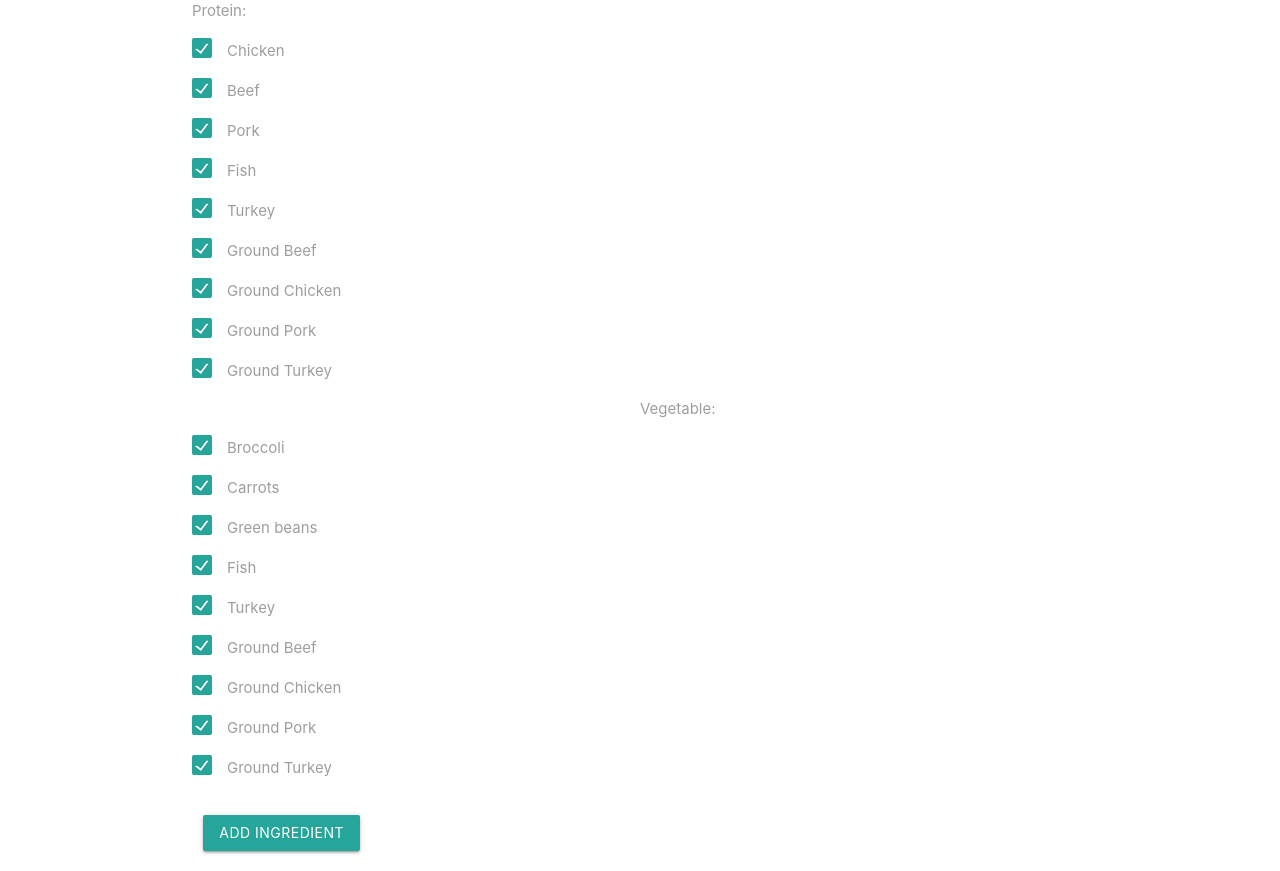
Repository: Aaron-R-Carter/Project1
Page: prototype.html
These files come from the project's save history. The page is drawn as it stood at one moment and after the next save; the edit follows.
The browser window is 1280 px wide. The pictures show the whole page.

Above is the page before, as saved 2019-10-31 23:33:44.
Console error: SyntaxError: Unexpected token '<'

### prototype.html
<!DOCTYPE html>
<html>

<head>
    <!--Import Google Icon Font-->
    <link href="https://fonts.googleapis.com/icon?family=Material+Icons" rel="stylesheet">
    <!--Import materialize.css-->
    <link rel="stylesheet" href="https://cdnjs.cloudflare.com/ajax/libs/materialize/1.0.0/css/materialize.min.css">
    <link rel="stylesheet" href="./prototype.css">
    <!--Let browser know website is optimized for mobile-->
    <meta name="viewport" content="width=device-width, initial-scale=1.0" />

</head>

<body>

    <div class="container">
        <div id="check-box" class="row">
            <div class="protein-col m3">

                <form action="#">
                    <label type="text" class="label">Protein:</label>
                    <p>
                        <label>
                            <input type="checkbox" class="filled-in" checked="checked" />
                            <span>Chicken</span>
                        </label>
                    </p>
                    <p>
                        <label>
                            <input type="checkbox" class="filled-in" checked="checked" />
                            <span>Beef</span>
                        </label>
                    </p>
                    <p>
                        <label>
                            <input type="checkbox" class="filled-in" checked="checked" />
                            <span>Pork</span>
                        </label>
                    </p>
                    <p>
                        <label>
                            <input type="checkbox" class="filled-in" checked="checked" />
                            <span>Fish</span>
                        </label>
                    </p>
                    <p>
                        <label>
                            <input type="checkbox" class="filled-in" checked="checked" />
                            <span>Turkey</span>
                        </label>
                    </p>
                    <p>
                        <label>
                            <input type="checkbox" class="filled-in" checked="checked" />
                            <span>Ground Beef</span>
                        </label>
                    </p>
                    <p>
                        <label>
                            <input type="checkbox" class="filled-in" checked="checked" />
                            <span>Ground Chicken</span>
                        </label>
                    </p>
                    <p>
                        <label>
                            <input type="checkbox" class="filled-in" checked="checked" />
                            <span>Ground Pork</span>
                        </label>
                    </p>
                    <p>
                        <label>
                            <input type="checkbox" class="filled-in" checked="checked" />
                            <span>Ground Turkey</span>
                        </label>
                    </p>

                    <div class="vegetable col m6"></div>

                    <form action="#">
                            <label type="text" class="label">Vegetable:</label>
                            <p>
                                <label>
                                    <input type="checkbox" class="filled-in" checked="checked" />
                                    <span>Broccoli</span>
                                </label>
                            </p>
                            <p>
                                <label>
                                    <input type="checkbox" class="filled-in" checked="checked" />
                                    <span>Carrots</span>
                                </label>
                            </p>
                            <p>
                                <label>
                                    <input type="checkbox" class="filled-in" checked="checked" />
                                    <span>Green beans</span>
                                </label>
                            </p>
                            <p>
                                <label>
                                    <input type="checkbox" class="filled-in" checked="checked" />
                                    <span>Fish</span>
                                </label>
                            </p>
                            <p>
                                <label>
                                    <input type="checkbox" class="filled-in" checked="checked" />
                                    <span>Turkey</span>
                                </label>
                            </p>
                            <p>
                                <label>
                                    <input type="checkbox" class="filled-in" checked="checked" />
                                    <span>Ground Beef</span>
                                </label>
                            </p>
                            <p>
                                <label>
                                    <input type="checkbox" class="filled-in" checked="checked" />
                                    <span>Ground Chicken</span>
                                </label>
                            </p>
                            <p>
                                <label>
                                    <input type="checkbox" class="filled-in" checked="checked" />
                                    <span>Ground Pork</span>
                                </label>
                            </p>
                            <p>
                                <label>
                                    <input type="checkbox" class="filled-in" checked="checked" />
                                    <span>Ground Turkey</span>
                                </label>
                            </p>
                </form>
            </div>


        </div>
        <form id="ingredient-add-btn" class="row">

            <!-- Button will trigger new ingredient to be added -->
            <div class="col s 12">
                <input id="add " class="btn btn-primary mb-2" type="submit" value="add ingredient">
            </div>
        </form>


        <div id="ingredient-view-button"></div>

    </div>



    <script src="https://code.jquery.com/jquery-3.4.1.min.js"
        integrity="sha256-CSXorXvZcTkaix6Yvo6HppcZGetbYMGWSFlBw8HfCJo=" crossorigin="anonymous"></script>
    <script src="https://cdnjs.cloudflare.com/ajax/libs/materialize/1.0.0/js/materialize.min.js"></script>
    <script src="./script.js"></script>

</body>

</html>

### prototype.css
#form-page {
    width: 100%;

    border: 2px solid black;
}
.label {
    font-size: 15px;
}
.input-field col m6{
   float:left;
}

### script.js

    <div id="left-box">
    <form id="ingredient-form">
        <label for="ingredient-input">List of Ingredients:</label>
        <br>
        <input type="text" id="ingredient-input" placeholder="Ingredients">

        <!-- Button will trigger new ingredients to be added -->
        <input id="add " class="btn btn-primary mb-2" type="submit" value="Add a zipcode">
    </form>

    <div id="zipcode-view"></div>
</div>

After the next save:
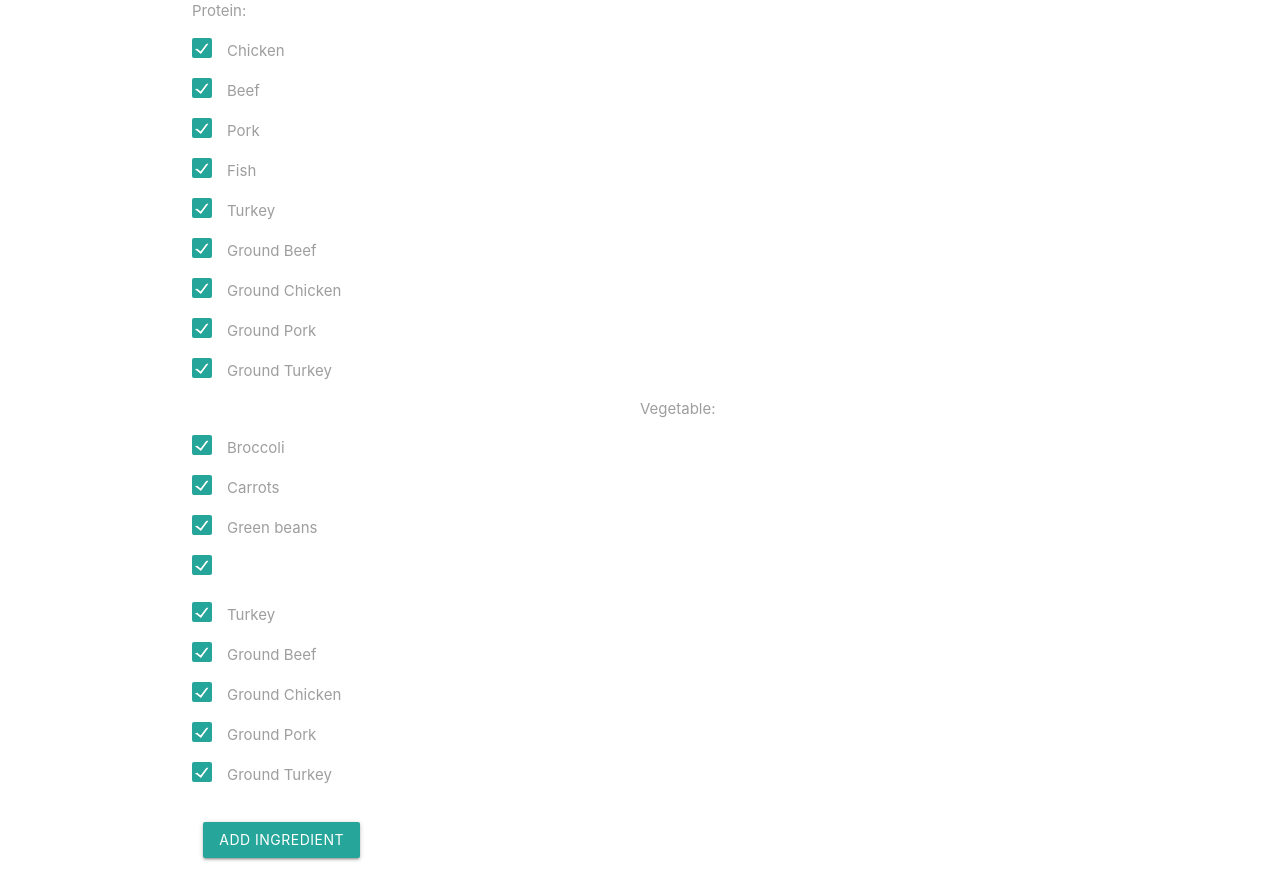
Saved 6 s later.
--- a/prototype.html
+++ b/prototype.html
@@ -100,7 +100,7 @@
                             <p>
                                 <label>
                                     <input type="checkbox" class="filled-in" checked="checked" />
-                                    <span>Fish</span>
+                                    <span></span>
                                 </label>
                             </p>
                             <p>

After the 2 saves that followed:
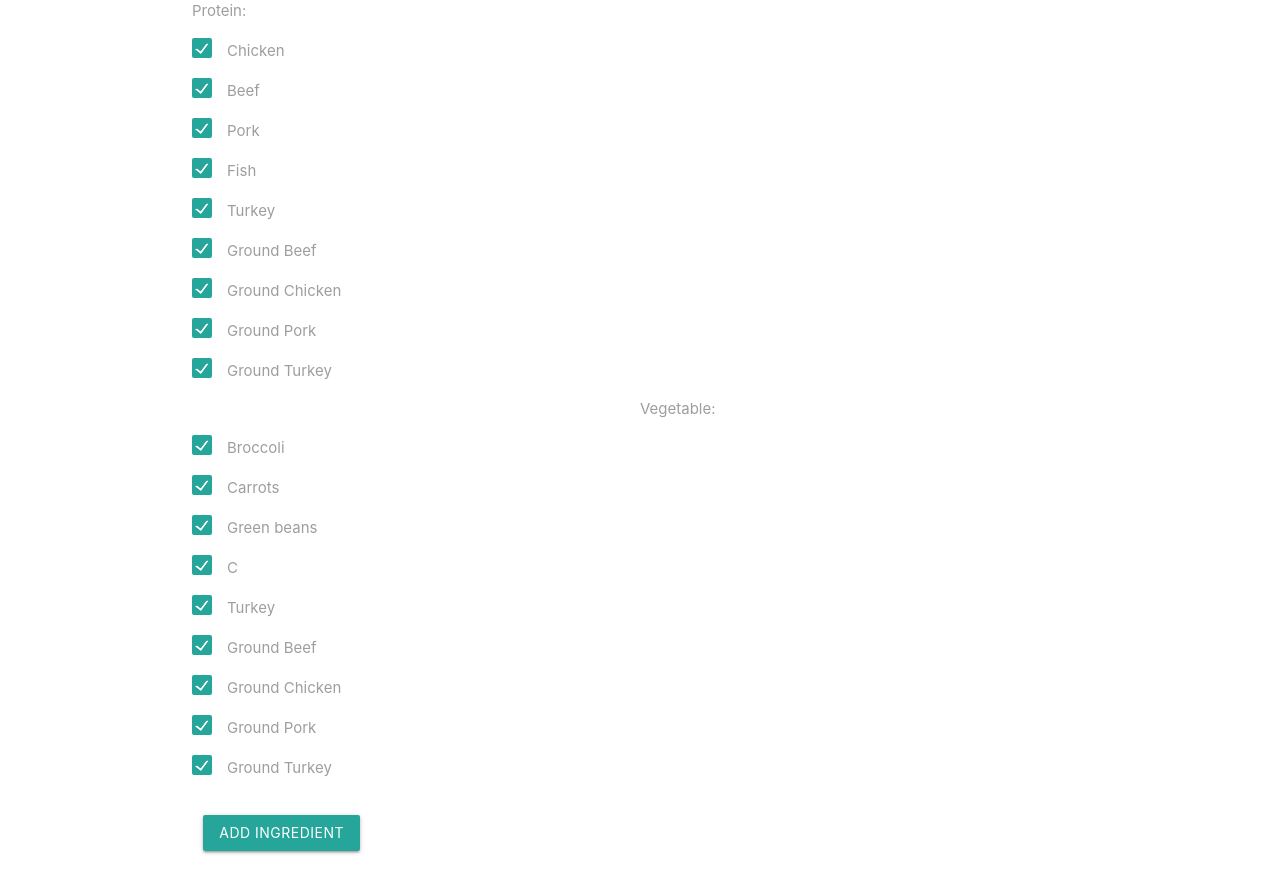
The 2 saves are shown as one change because they came seconds apart.
The last was saved 19 s later.
--- a/prototype.html
+++ b/prototype.html
@@ -100,7 +100,7 @@
                             <p>
                                 <label>
                                     <input type="checkbox" class="filled-in" checked="checked" />
-                                    <span></span>
+                                    <span>C</span>
                                 </label>
                             </p>
                             <p>
